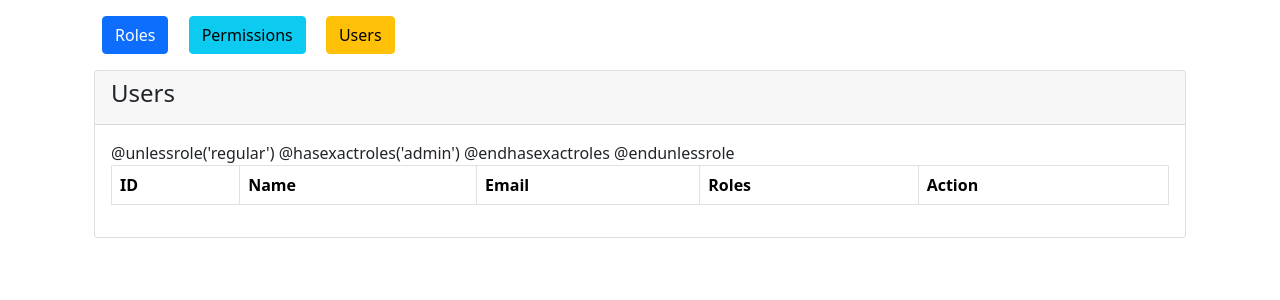
Repository: viisantos/permission_demo
Page: http://localhost/users
These files come from the project's save history. The page is drawn as it stood at one moment and after a run of saves; the edit follows.
The browser window is 1280 px wide. The pictures show the whole page.
The page is served by the project's Laravel application, run on PHP 8.4 with Laravel 10. Other server files are loaded and not shown. Queries for data that is not in the repository find no rows.

Above is the page before, as saved 2024-06-22 17:57:00.

### routes/web.php
<?php

use App\Http\Controllers\ProfileController;
use Illuminate\Support\Facades\Route;

/*
|--------------------------------------------------------------------------
| Web Routes
|--------------------------------------------------------------------------
|
| Here is where you can register web routes for your application. These
| routes are loaded by the RouteServiceProvider and all of them will
| be assigned to the "web" middleware group. Make something great!
|
*/

Route::get('/', function () {
    return view('welcome');
});

Route::get('/dashboard', function () {
    return view('dashboard');
})->middleware(['auth', 'verified'])->name('dashboard');

/*
Route::middleware('auth')->group(function () {

});*/

Route::group(['middleware' => ['role:super-admin|admin|regular']], function () {
    Route::get('/profile', [ProfileController::class, 'edit'])->name('profile.edit');
    Route::patch('/profile', [ProfileController::class, 'update'])->name('profile.update');
    Route::delete('/profile', [ProfileController::class, 'destroy'])->name('profile.destroy');
    Route::name('profile.destroy')->middleware('permission:delete role');
    Route::resource('permissions', App\Http\Controllers\PermissionController::class);
    //Route::get('permissions/{permissionId}/delete', [App\Http\Controllers\PermissionController::class, 'destroy']);
    Route::resource('roles', App\Http\Controllers\RoleController::class);
   // Route::get('roles/{roleId}/delete', [App\Http\Controllers\RoleController::class, 'destroy']);
    Route::get('roles/{role}/add-permissions', [App\Http\Controllers\RoleController::class, 'addPermissionToRole'])->name('roles.add-permissions');
    Route::put('roles/{role}/give-permissions', [App\Http\Controllers\RoleController::class, 'givePermissionToRole'])->name('roles.give-permissions');
    Route::resource('users', App\Http\Controllers\UserController::class);
    //Route::get('users/{userId}/delete', [App\Http\Controllers\UserController::class, 'destroy']);
});

require __DIR__.'/auth.php';

### app/Http/Controllers/UserController.php
<?php

namespace App\Http\Controllers;

use Illuminate\Http\Request;
use App\Models\User;
use Illuminate\Support\Facades\Hash;
use Spatie\Permission\Models\Role;

class UserController extends Controller
{
    public function __construct(){
        $this->middleware('permission:delete user', ['only' => ['destroy']]);
        $this->middleware('permission:update user', ['only' => ['update','edit']]);
        $this->middleware('permission:view user',   ['only' => ['index','show']]);
        $this->middleware('permission:create user', ['only' => ['create','store']]);
    }
    public function index(){
        $users = User::get();
        return view('role-permission.user.index', compact('users'));
    }

    public function create(){
        $roles = Role::pluck('name','name')->all();
        return view('role-permission.user.create', compact('roles'));
    }
    public function store(Request $request){
      /*
        $request->validate([
            'name' => 'required|string|max:255',
            'email' => 'required|email|max:255',
            'password' => 'required|string|min:8|max:20',
            'roles' => 'required'
        ]);*/


        $user = User::create([
            'name'  => $request->name,
            'email' => $request->email,
            'password' => Hash::make($request->password),
        ]);


        $user->syncRoles($request->roles);


        return redirect('/users')->with('status','User created successfully with roles');

    }

    public function edit(User $user){
        $roles = Role::pluck('name','name')->all();
        $userRoles = $user->roles->pluck('name','name')->all();
        return view('role-permission.user.edit', compact('user','roles','userRoles'));
    }

    public function update(Request $request, User $user){

        $data = [
            'name'  => $request->name,
            'email' => $request->email
        ];

        if(!empty($request->password)){
            $data += [
                'password' => Hash::make($request->password),
            ];
        }

        $user->update($data);
        $user->syncRoles($request->roles);

        return redirect('/users')->with('status','User updated successfully');
    }

    public function destroy(User $user){
        //$user = User::findOrFail($userId);
        $user->delete();
        return redirect('/users')->with('status','User deleted successfully');
    }
}

### resources/views/role-permission/user/index.blade.php
<head>
    <link href="https://cdn.jsdelivr.net/npm/bootstrap@5.3.2/dist/css/bootstrap.min.css" rel="stylesheet" integrity="sha384-T3c6CoIi6uLrA9TneNEoa7RxnatzjcDSCmG1MXxSR1GAsXEV/Dwwykc2MPK8M2HN" crossorigin="anonymous">
    <link rel="stylesheet" href="https://cdn.jsdelivr.net/npm/bootstrap@5.1.3/dist/css/bootstrap.min.css" />
</head>
@include('role-permission.nav-links')
<div class="container">
    <div class="row">
        <div class="col-md-12">
            @if(session('status'))
                <div class="alert alert-success">
                    {{ session('status') }}
                </div>
            @endif
            <div class="card mt-3">
                <div class="card-header">
                    <h4>Users</h4>
                    @can('create user')
                        <a href="{{ route('users.create') }}" class="btn btn-primary float-end">Add User</a>
                    @endcan
                </div>
                <div class="card-body">
                    <table class="table table-bordered table-striped">
                        <thead>
                            <tr>
                                <th>ID</th>
                                <th>Name</th>
                                <th>Email</th>
                                <th>Roles</th>

                                @unlessrole('regular')
                                    @hasexactroles('admin')
                                        <th>Action</th>
                                    @endhasexactroles
                                @endunlessrole

                            </tr>
                        </thead>
                        <tbody>
                            @foreach($users as $user)
                                <tr>
                                    <td>{{ $user->id }}</td>
                                    <td>{{ $user->name }}</td>
                                    <td>{{ $user->email }}</td>
                                    <td>
                                        @if(!empty($user->getRoleNames()))
                                            @foreach($user->getRoleNames() as $rolename)
                                                <label class="badge bg-primary mx-1">{{ $rolename }}</label>
                                            @endforeach
                                        @endif
                                    </td>
                                    @unlessrole('regular')
                                        @hasrole('admin')
                                            <td>
                                                @can('update user')
                                                    <a href="{{ route('users.edit', ['user' => $user->id]) }}" class="btn btn-success">Edit</a>
                                                @endcan
                                                @can('delete user')
                                                    <form action="{{ route('users.destroy', $user->id) }}" method="POST" style="display: inline;">
                                                        @csrf
                                                        @method('DELETE')
                                                        <button type="submit" class="btn btn-danger">Delete</button>
                                                    </form>
                                                @endcan
                                            </td>
                                        @endhasrole
                                    @endunlessrole
                                </tr>
                            @endforeach
                        </tbody>
                    </table>
                </div>
            </div>
        </div>
    </div>
</div>

### resources/views/role-permission/nav-links.blade.php
<div class="container mt-3">
    <a href="{{ route('roles.index') }}" class="btn btn-primary mx-2">Roles</a>
    <a href="{{ route('permissions.index') }}" class="btn btn-info mx-2">Permissions</a>
    <a href="{{ route('users.index') }}" class="btn btn-warning mx-2">Users</a>
</div>

Loaded but not shown: routes/auth.php (common file); app/Http/Controllers/Auth/EmailVerificationPromptController.php (common file); app/Http/Controllers/Controller.php (common file); app/Http/Controllers/Auth/VerifyEmailController.php (common file); app/Models/User.php (common file)

After the next 2 saves:
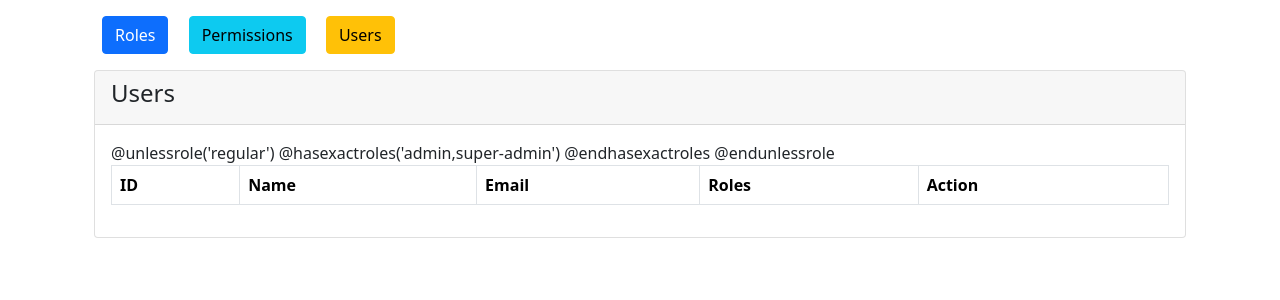
The 2 saves are shown as one change because they came seconds apart.
The last was saved 7 s later.
--- a/resources/views/role-permission/user/index.blade.php
+++ b/resources/views/role-permission/user/index.blade.php
@@ -28,7 +28,7 @@
                                 <th>Roles</th>
 
                                 @unlessrole('regular')
-                                    @hasexactroles('admin')
+                                    @hasexactroles('admin,super-admin')
                                         <th>Action</th>
                                     @endhasexactroles
                                 @endunlessrole
